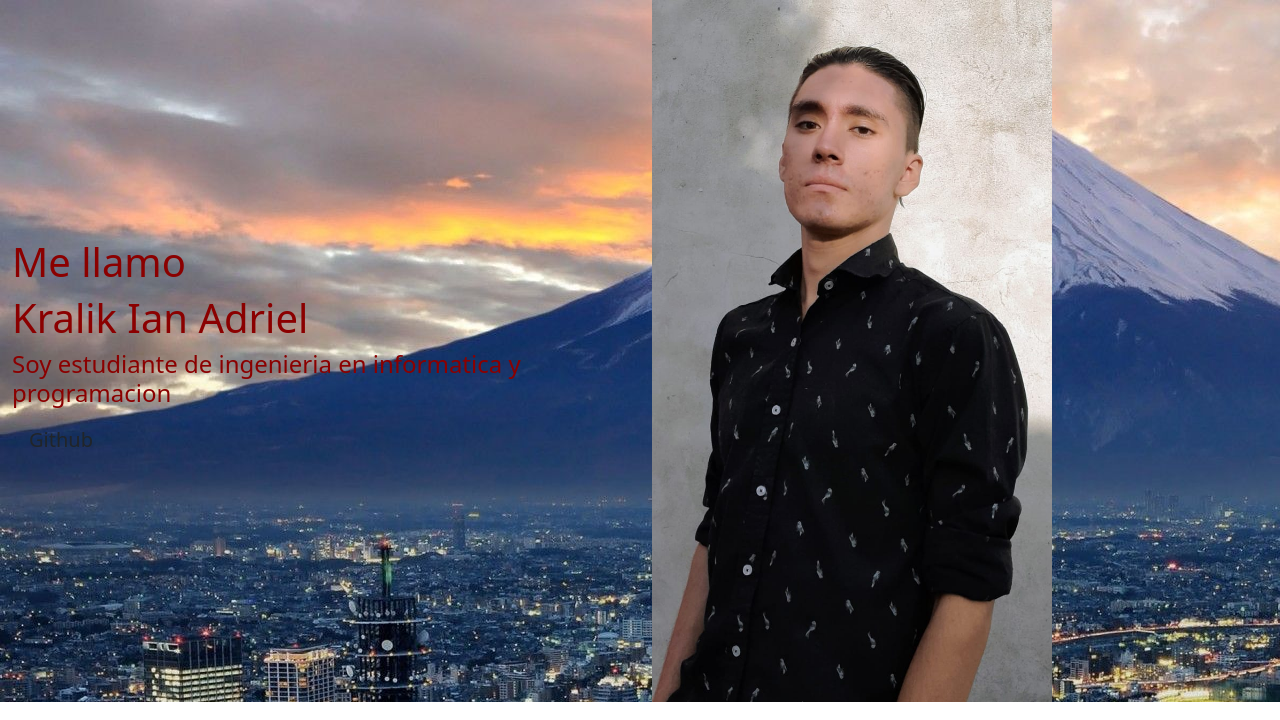
Repository: IanKralik/repositorio-de-prueba
Page: Prueba/index.html
These files come from the project's save history. The page is drawn as it stood at one moment and after the next save; the edit follows.
The browser window is 1280 px wide. The pictures show the whole page.

Above is the page before, as saved 2022-12-06 17:17:55.

### Prueba/index.html
<!DOCTYPE html>
<html lang="en">
<head>
    <meta charset="UTF-8">
    <meta http-equiv="X-UA-Compatible" content="IE=edge">
    <meta name="viewport" content="width=device-width, initial-scale=1.0">
    <link rel="stylesheet" href="estilos.css"></link>
    <title>Mi Portafolio</title>
</head>
<body>
    <div class="container-fluid">
        <div class="row  fondo-page1">
            <div class="col">
                <div class="row">
                    <div class="col-6 align-self-center">
                      <div class="row" >
                            <h1 class="color">Me llamo</h1>
                      </div>
                      <div class="row">
                            <h1 class="color">Kralik Ian Adriel</h1>
                      </div>
                        <div class="row">
                            <h4 class="color">Soy estudiante de ingenieria en informatica y programacion </h4>
                            <div class="row-10 espacio-superior d-flex justify-content-center">
                            </div>
                    </div>
                    <a   type="button"  class="btn color-primario btn-lg" href="https://github.com/IanKralik">Github</a>
                    </div>
                <div class="col align-items-end">
                    <img src="fotoian.jpg" class="img-fluid" alt="Mi foto de perfil" width="400" height="500">
                </div>
                </div>
            </div>
        </div>
     </div>



    <link href="https://cdn.jsdelivr.net/npm/bootstrap@5.1.0/dist/css/bootstrap.min.css" rel="stylesheet" integrity="sha384-KyZXEAg3QhqLMpG8r+8fhAXLRk2vvoC2f3B09zVXn8CA5QIVfZOJ3BCsw2P0p/We" crossorigin="anonymous">
    <script src="https://cdn.jsdelivr.net/npm/bootstrap@5.1.0/dist/js/bootstrap.bundle.min.js" integrity="sha384-U1DAWAznBHeqEIlVSCgzq+c9gqGAJn5c/t99JyeKa9xxaYpSvHU5awsuZVVFIhvj" crossorigin="anonymous"></script>
    <script src="https://cdn.jsdelivr.net/npm/@popperjs/core@2.9.3/dist/umd/popper.min.js" integrity="sha384-eMNCOe7tC1doHpGoWe/6oMVemdAVTMs2xqW4mwXrXsW0L84Iytr2wi5v2QjrP/xp" crossorigin="anonymous"></script>
    <script src="https://cdn.jsdelivr.net/npm/bootstrap@5.1.0/dist/js/bootstrap.min.js" integrity="sha384-cn7l7gDp0eyniUwwAZgrzD06kc/tftFf19TOAs2zVinnD/C7E91j9yyk5//jjpt/" crossorigin="anonymous"></script>


    </body>




</html>

### Prueba/estilos.css
.fondo-page1{
    background-image: url(fondo\ japon.jpg);
    height: auto;
}
.color{
    color:darkred;
}

After the next save:
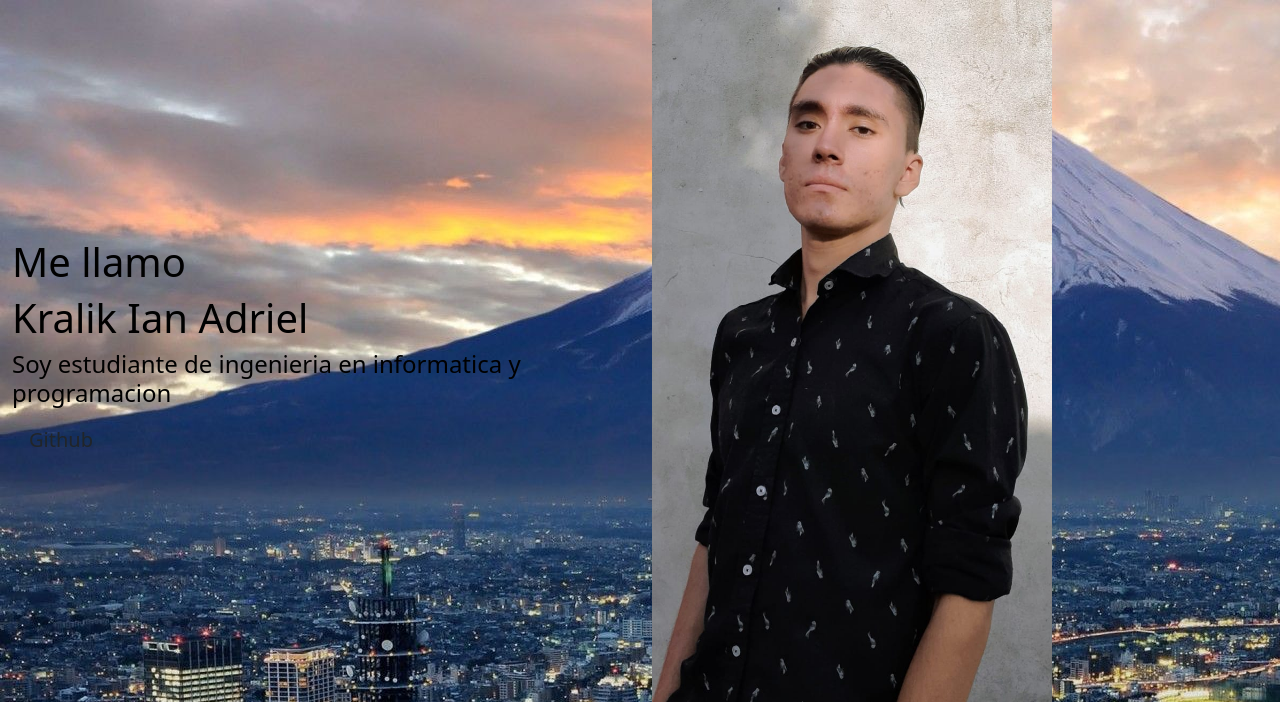
Saved 73 s later.
--- a/Prueba/estilos.css
+++ b/Prueba/estilos.css
@@ -3,5 +3,5 @@
     height: auto;
 }
 .color{
-    color:darkred;
+    color:black;
 }
